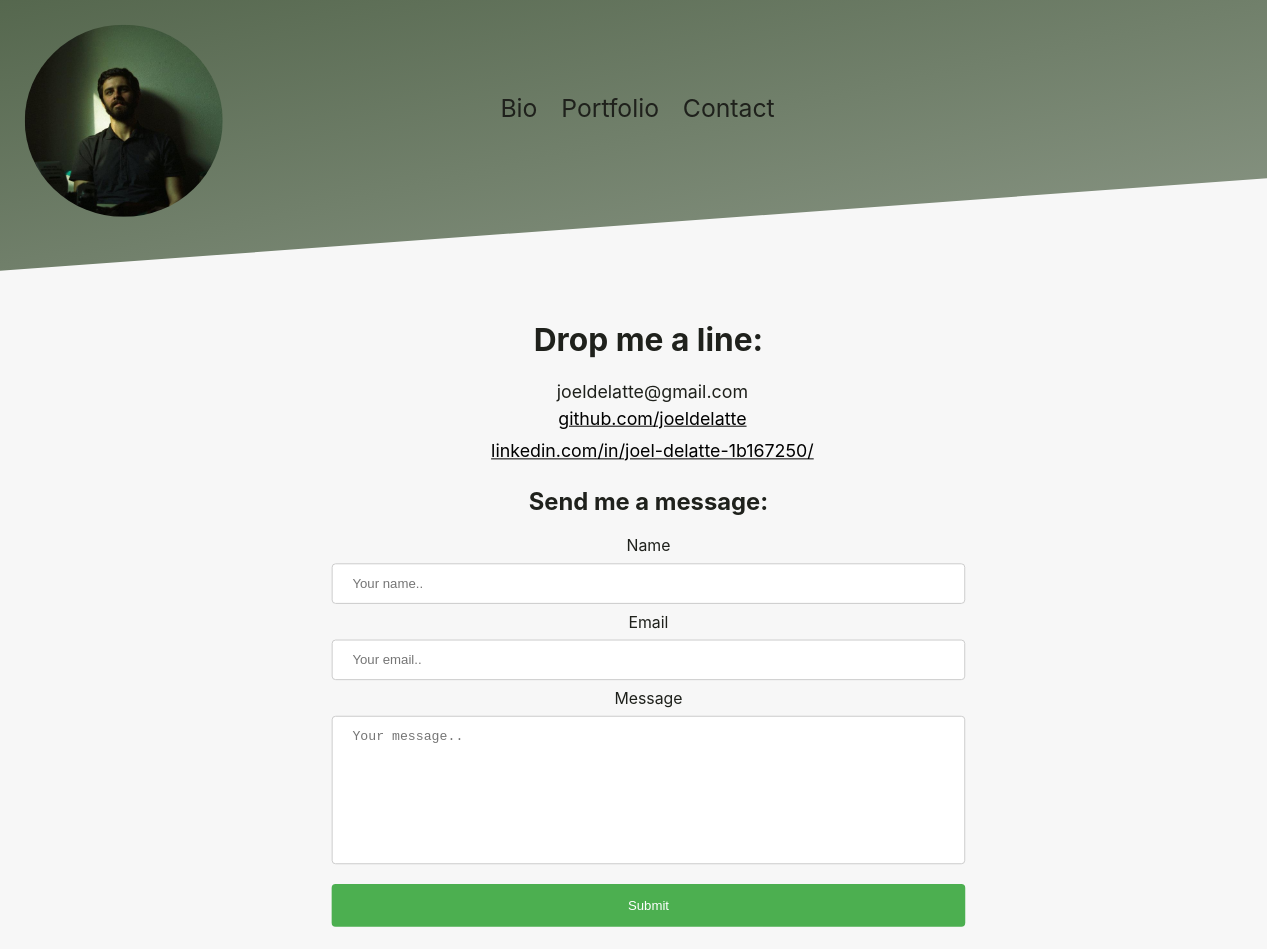
Repository: joeldelatte/react-portfolio
Page: /contact (app in client/)
An editor plug-in stored every save of this project. The page is shown before and after the next save, followed by the edit.
The browser window is 1280 px wide. The pictures show the whole page, at 99% of full size.
The project was rebuilt for these pictures with package versions that can differ from the ones it lists, and the page was loaded fresh each time. Also part of the build but not shown: client/src/App.css, client/src/Components/Bio/bio.css, client/src/Components/Bio/Bio.js, client/src/Components/Portfolio/portfolio.css, client/src/Components/Portfolio/Portfolio.js, client/src/Page/Footer.js.

Above is the page before, as saved 2020-07-08 11:45:59.

### client/public/index.html
<!doctype html>
<html lang="en">
  <head>
    <meta charset="utf-8">
    <meta name="viewport" content="width=device-width, initial-scale=1, shrink-to-fit=no">
    <meta name="theme-color" content="#000000">
    <!--
      manifest.json provides metadata used when your web app is added to the
      homescreen on Android. See https://developers.google.com/web/fundamentals/engage-and-retain/web-app-manifest/
    -->
    <link rel="manifest" href="%PUBLIC_URL%/manifest.json">
    <link rel="shortcut icon" href="%PUBLIC_URL%/favicon.ico">
    <!--
      Notice the use of %PUBLIC_URL% in the tags above.
      It will be replaced with the URL of the `public` folder during the build.
      Only files inside the `public` folder can be referenced from the HTML.

      Unlike "/favicon.ico" or "favicon.ico", "%PUBLIC_URL%/favicon.ico" will
      work correctly both with client-side routing and a non-root public URL.
      Learn how to configure a non-root public URL by running `npm run build`.
    -->
    <title>Joel Delatte</title>
  </head>
  <body>
    <noscript>
      You need to enable JavaScript to run this app.
    </noscript>
    <div id="root"></div>
    <!--
      This HTML file is a template.
      If you open it directly in the browser, you will see an empty page.

      You can add webfonts, meta tags, or analytics to this file.
      The build step will place the bundled scripts into the <body> tag.

      To begin the development, run `npm start` or `yarn start`.
      To create a production bundle, use `npm run build` or `yarn build`.
    -->
  </body>
</html>

### client/src/index.css
body {
  margin: 0;
  font-family: -apple-system, BlinkMacSystemFont, 'Segoe UI', 'Roboto', 'Oxygen',
    'Ubuntu', 'Cantarell', 'Fira Sans', 'Droid Sans', 'Helvetica Neue',
    sans-serif;
  -webkit-font-smoothing: antialiased;
  -moz-osx-font-smoothing: grayscale;
  background-color: rgb(247, 247, 247);
  color: rgb(31,33,28);
}

code {
  font-family: source-code-pro, Menlo, Monaco, Consolas, 'Courier New',
    monospace;
}

### client/src/App.js
import React from 'react';
import {BrowserRouter as Router, Route, Switch, Link} from "react-router-dom";
import './App.css';
import Bio from "./Components/Bio/Bio";
import Nav from "./Page/Nav";
import Contact from "./Components/Contact/Contact";
import Portfolio from "./Components/Portfolio/Portfolio";
import Footer from "./Page/Footer";

export default function App() {
  return (
    <>
      <Router>
        <Nav />
        <Switch>
          <Route exact path="/bio">
            <Bio />
          </Route>
          <Route exact path="/contact">
            <Contact />
          </Route>
          <Route exact path="/">
            <Portfolio />
          </Route>
        </Switch>
        {/* <Footer /> */}
      </Router>
    </>
  );
}

### client/src/Page/Nav.js
import React from "react";
import {BrowserRouter as Router, Route, Switch, Link} from "react-router-dom";
import Avatar from "./Avatar";
import "./Page.css";

function Nav () {
    return (
      <div className="header">
        <Avatar />
        <div className="nav">
          <Link to="/bio">Bio</Link>
          <Link to="/">Portfolio</Link>
          <Link to="/contact">Contact</Link>
        </div>
      </div>
    );
};

export default Nav;

### client/src/Components/Contact/Contact.js
import React from "react";
import axios from "axios";
import "./contact.css";

export default function Contact() {

    function handleSubmit(event) {
        event.preventDefault();
        const name = document.getElementById('name').value;
        const email = document.getElementById('email').value;
        const message = document.getElementById('message').value;

        axios({
            method: "POST",
            url: "http://localhost:3001/send", //https://joel-delatte-portfolio.herokuapp.com/
            data: {
                name: name,
                email: email,
                message: message
            }
        }).then((res)=>{
            if(res.data.msg === 'success') {
                alert("Message Sent.");
                resetForm();
            }else if (res.data.msg === 'fail') {
                alert("Message failed to send");
            }
        })
    }

    function resetForm() {
        document.getElementById("contact-form").reset();
    }

    return (
        <div className="conatiner" >
        <div className="contact">
        <h1>Drop me a line:</h1>
        <span className="email-address">joeldelatte@gmail.com</span>
        <a href="https://github.com/joeldelatte" target="_blank" >github.com/joeldelatte</a>
        <a href="https://www.linkedin.com/in/joel-delatte-1b167250/" target="_blank" >linkedin.com/in/joel-delatte-1b167250/</a>
        <h2>Send me a message:</h2>
          <form id="contact-form" onSubmit={handleSubmit} className="form" method="POST">
              <label htmlFor="fname">Name</label>
              <input type="text" id="name" name="firstname" placeholder="Your name.." />
              <label htmlFor="email">Email</label>
              <input type="text" id="email" name="email" placeholder="Your email.." />
              <label htmlFor="message">Message</label>
              <textarea type="text" id="message" placeholder="Your message.." />
              <input type="submit" value="Submit"></input>
          </form>
        </div>
        </div>
    )
}

### client/src/Page/Avatar.js
import React from "react";
import Portrait from "./images/joel_d.png"
import "./Page.css";

const styles = {
    maxWidth: 200,
    maxHeight: 200,
    borderRadius: 100,
    marginLeft: 25
};

function Avatar () {

    return (
      <div>
          <img src={Portrait} alt="avatar"  className="avatar" /> {/* style={styles} */}
      </div>
    );
};

export default Avatar;

### client/src/Page/Page.css
.header {
  height: 38vh;
  background-image: linear-gradient(to right bottom, rgba(68,88,60, 0.901), rgba(68,88,60, 0.601));
  /* , url("../img/hero.jpg"); */
  background-size: cover;
  background-position: top;
  position: relative;
  -webkit-clip-path: polygon(0 0, 100% 0, 100% 85%, 0 100%);
  clip-path: polygon(0 0, 100% 0, 100% 25vh, 0 100%);
  position: relative;
}

  .avatar {
    display: inline;
    max-width: 200px;
    max-height: 200px;
    border-radius: 100%;
    margin: 25px;
    }

.nav {
    position: absolute;
    top: 40%;
    left: 50%;
    transform: translate(-50%, -50%);
    text-align: center;
}

.nav a {
    padding: 6px 8px 6px 16px;
    text-decoration: none;
    font-size: 25px;
    color: rgb(31,33,28);
    display: inline;
    text-align: center;
  }

.nav a:hover {
    color: #f1f1f1;
}

.footer {
  padding: 20rem 0;
  background-image: linear-gradient(to right bottom, rgba(126, 213, 111, 0.801), rgba(40, 180, 133, 0.801));
  background-size: cover;
  /* transform: skewY(-7deg); */
  margin-top: -10rem; }
  .footer > * {
    transform: skewY(7deg); }

/* @media only screen and (max-width: 768px) {
    .sideNav {
        width: 100px;
    }
    .sideNav a {
        font-size: 15px;
    }
    .avatar {
        max-width: 75px;
        max-height: 75px;
        border-radius: 100;
        margin-left: 15px;
    }
}  */

### client/src/Components/Contact/contact.css
.container {
  position: relative;
}
.contact {
    padding: 15px;
    max-width: 50%;
    position: absolute;
    top: 40%;
    left: 25%;
    text-align: center;
}

.contact a {
  padding: 6px 8px 6px 16px;
  text-decoration: underline;
  font-size: 18px;
  color: black;
  display: block;
}

.contact a:hover {
  color: #818181;
}

.email-address {
  padding: 6px 8px 6px 16px;
  font-size: 18px;
}

input[type=text], select {
    width: 100%;
    padding: 12px 20px;
    margin: 8px 0;
    display: inline-block;
    border: 1px solid #ccc;
    border-radius: 4px;
    box-sizing: border-box;
  }

  input[type=submit] {
    width: 100%;
    background-color: #4CAF50;
    color: white;
    padding: 14px 20px;
    margin: 8px 0;
    border: none;
    border-radius: 4px;
    cursor: pointer;
  }

  input[type=submit]:hover {
    background-color: #45a049;
  }

textarea {
    width: 100%;
    height: 150px;
    margin: 8px 0;
    padding: 12px 20px;
    box-sizing: border-box;
    border: 1px solid #ccc;
    border-radius: 4px;
    resize: none;
  }

  @media only screen and (max-width: 768px) {
    .contact {
      margin-left: 110px;
    }
  }

Loaded but not shown: client/src/index.js (common file); client/src/serviceWorker.js (common file)

After the next save:
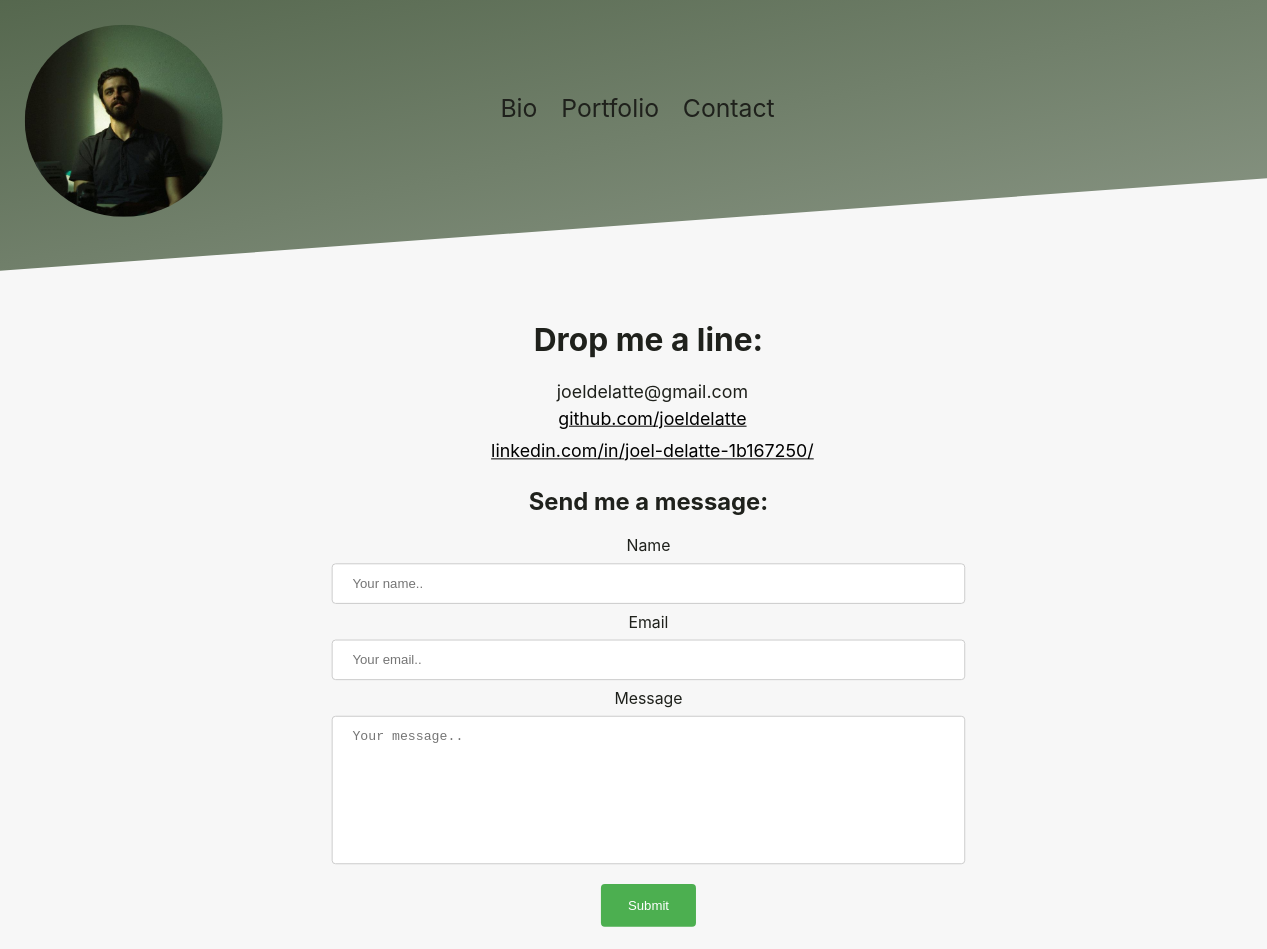
Saved 9 s later.
--- a/client/src/Components/Contact/contact.css
+++ b/client/src/Components/Contact/contact.css
@@ -38,7 +38,7 @@ input[type=text], select {
   }
 
   input[type=submit] {
-    width: 100%;
+    width: 15%;
     background-color: #4CAF50;
     color: white;
     padding: 14px 20px;
